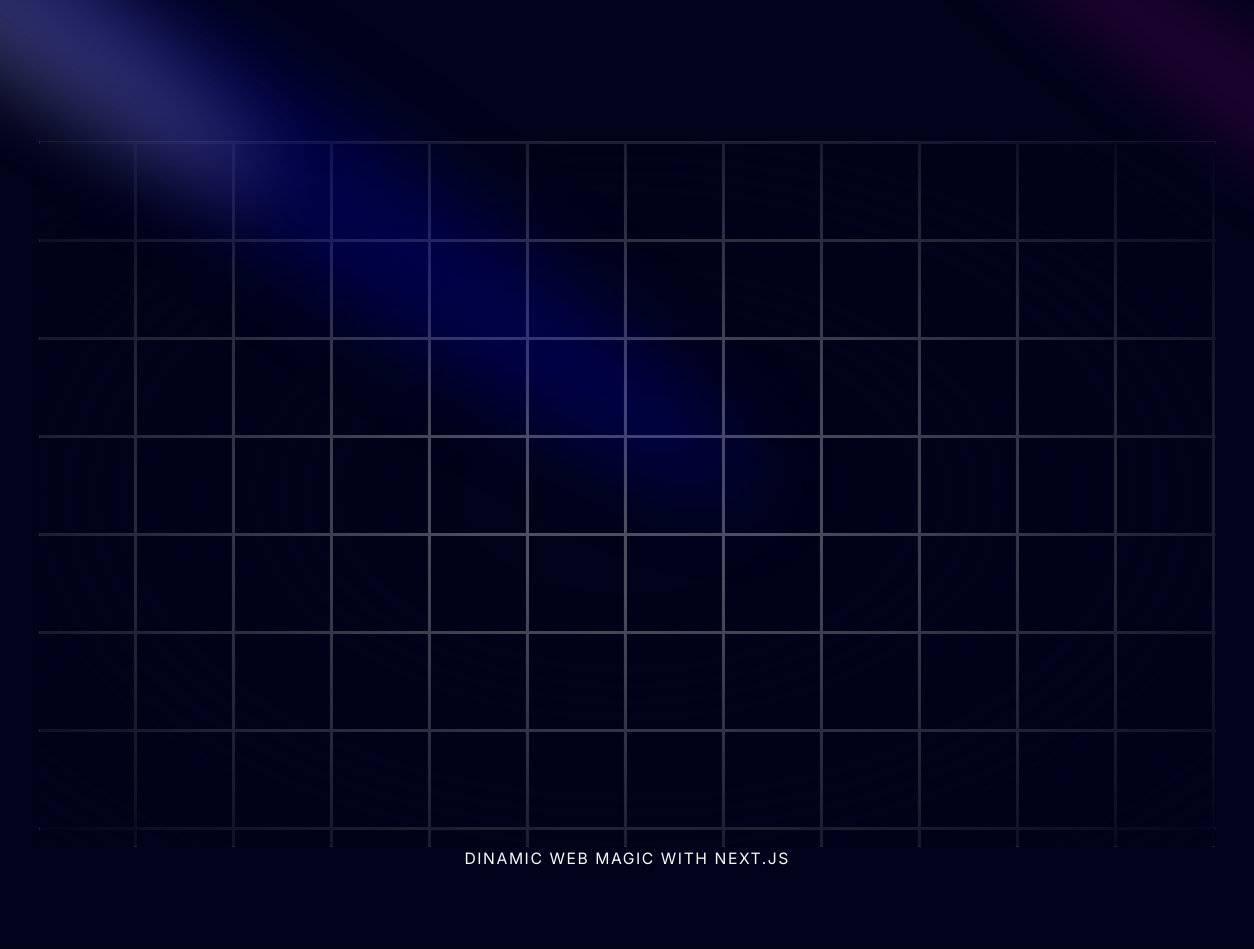
Repository: drsamame/portfolio.next
Page: /
An editor plug-in stored every save of this project. The page is shown before and after the next save, followed by the edit.
The browser window is 1280 px wide. The pictures show the whole page, at 98% of full size.
The project was rebuilt for these pictures with package versions that can differ from the ones it lists, and the page was loaded fresh each time. The framework's server and built-in components were replaced by stand-ins that run in the browser. Also part of the build but not shown: next.config.mjs.

Above is the page before, as saved 2024-07-02 15:37:12.

After the next save:
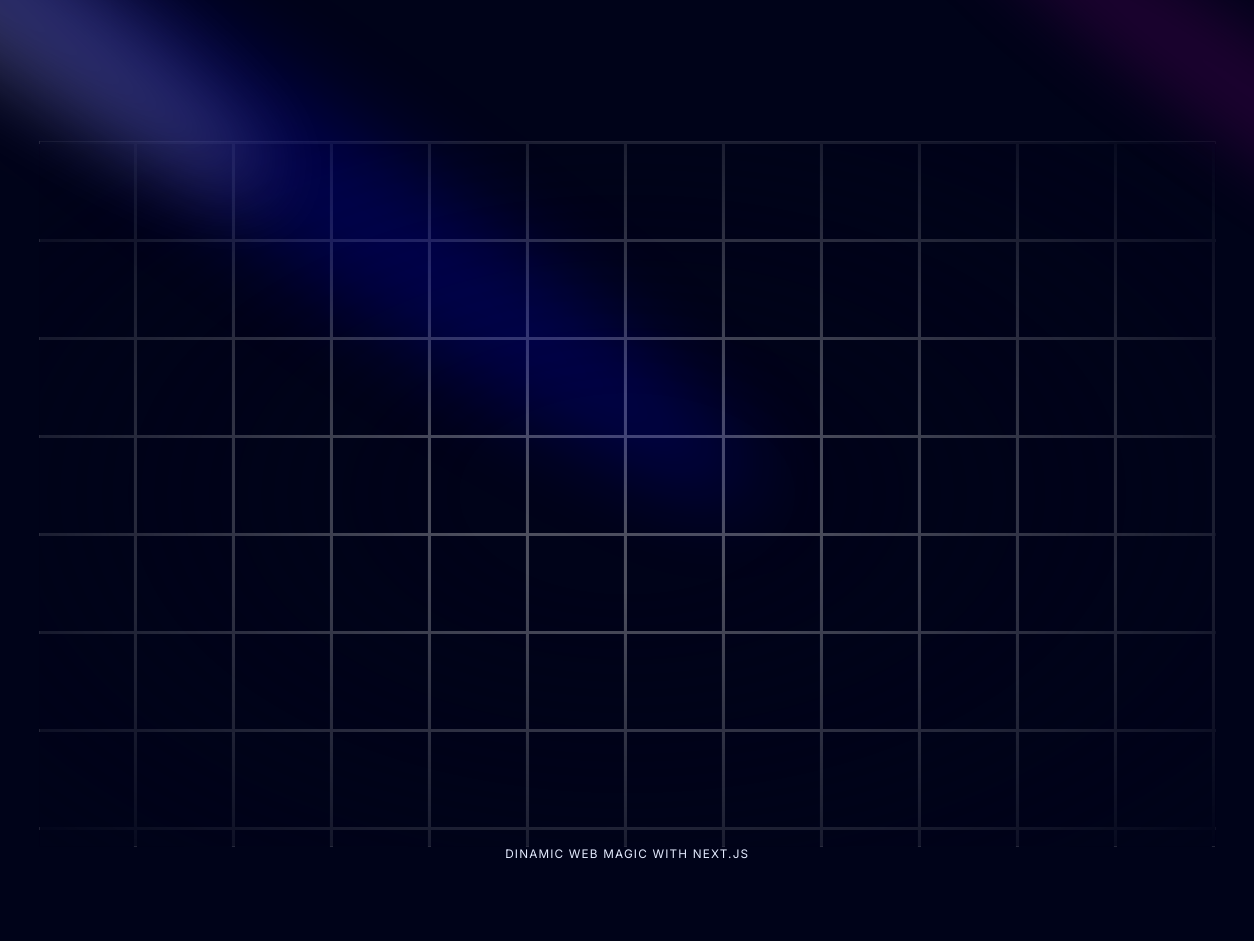
Saved 21 s later.
--- a/components/Hero.tsx
+++ b/components/Hero.tsx
@@ -21,7 +21,7 @@
 			</div>
 			<div className='flex justify-center'>
 				<div className='max-w-[89vw]'>
-					<h2 className='uppercase tracking-widest'>Dinamic Web Magic with Next.Js</h2>
+					<h2 className='uppercase tracking-widest text-xs text-center text-blue-100 max-w-80'>Dinamic Web Magic with Next.Js</h2>
 				</div>
 			</div>
 		</div>
